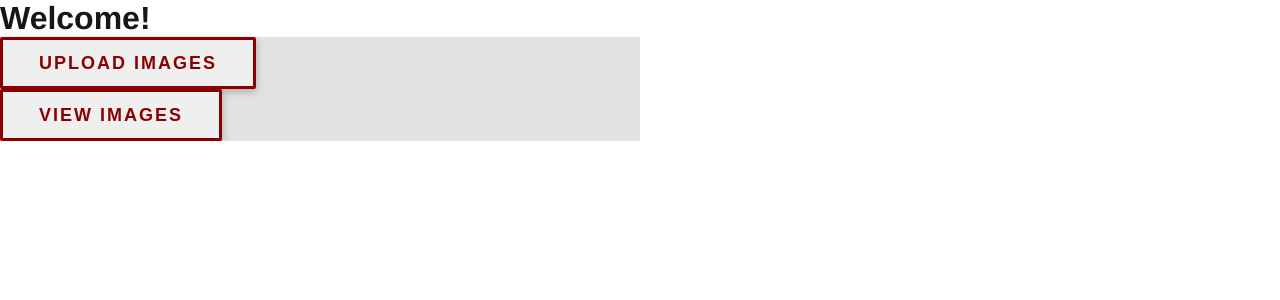
Repository: EricRobertCampbell/palaeo-fossil-classifier
Page: /dashboard (app in palaeo-fossil-classifier/)
These files come from the project's save history. The page is drawn as it stood at one moment and after the next save; the edit follows.
The browser window is 1280 px wide. The pictures show the whole page.
Some web libraries are served in a nearby version. The project was rebuilt for these pictures with package versions that can differ from the ones it lists, and the page was loaded fresh each time. The framework's server and built-in components were replaced by stand-ins that run in the browser. Also part of the build but not shown: palaeo-fossil-classifier/next.config.ts, palaeo-fossil-classifier/app/admin.tsx, palaeo-fossil-classifier/app/classify.tsx.

Above is the page before, as saved 2024-11-30 15:02:48.

### palaeo-fossil-classifier/app/dashboard/page.tsx
"use client";
import React from "react";
import styles from "./page.module.css";
import { useState } from "react";
import Admin from "../admin";
import Classify from "../classify";

export default function dashboard() {
  const [component1, setComponent1] = useState(false);
  const [component2, setComponent2] = useState(false);

  const handleAdmin = () => {
    setComponent1(true);
    setComponent2(false);
  };
  const handleClasify = () => {
    setComponent2(true);
    setComponent1(false);
  };

  return (
    <div className={styles.grid}>
      <h1 className="center">Welcome!</h1>
      <div className={styles.area}>
        <nav className={styles.left}>
          <ul>
            <li className="">
              <button
                className={styles.button}
                onClick={() => {
                  handleAdmin();
                }}
              >
                <span className="nav-text">Upload Images</span>
              </button>
            </li>
            <li className="">
              <button
                className={styles.button}
                onClick={() => {
                  handleClasify();
                }}
              >
                <span className="nav-text">View Images</span>
              </button>
            </li>
          </ul>
        </nav>
      </div>
      <div className={styles.comp}>
        <div className={styles.component}>{component1 ? <Admin /> : <></>}</div>
        <div className={styles.component}>
          {component2 ? <Classify /> : <></>}
        </div>
      </div>
    </div>
  );
}

### palaeo-fossil-classifier/app/globals.css
:root {
  --background: #ffffff;
  --foreground: #171717;
}

@media (prefers-color-scheme: dark) {
  :root {
    --background: #0a0a0a;
    --foreground: #ededed;
  }
}

html,
body {
  max-width: 100vw;
  overflow-x: hidden;
}

body {
  color: var(--foreground);
  background: var(--background);
  font-family: Helvetica;
  -webkit-font-smoothing: antialiased;
  -moz-osx-font-smoothing: grayscale;
}

* {
  box-sizing: border-box;
  padding: 0;
  margin: 0;
}

a {
  color: inherit;
  text-decoration: none;
}

@media (prefers-color-scheme: dark) {
  html {
    color-scheme: dark;
  }
}

### palaeo-fossil-classifier/app/dashboard/page.module.css
@import url(//netdna.bootstrapcdn.com/font-awesome/4.0.3/css/font-awesome.css);

@import url(https://fonts.googleapis.com/css?family=Titillium+Web:300);



.center{
    text-align: center;
    color:#8b0000;
}

.area {
background: #e2e2e2;
width: 50%;
float: left;
}

.comp {
    width: 50%;
    float: left;
}

.button {
    font-size: 18px;
    letter-spacing: 2px;
    text-transform: uppercase;
    display: inline-block;
    text-align: center;
    font-weight: bold;
    padding: 0.7em 2em;
    border: 3px solid #8b0000;
    border-radius: 2px;
    position: relative;
    box-shadow: 0 2px 10px rgba(0, 0, 0, 0.16), 0 3px 6px rgba(0, 0, 0, 0.1);
    color: #8b0000;
    text-decoration: none;
    transition: 0.3s ease all;
    z-index: 1;
  }

  .button:before {
    transition: 0.5s all ease;
    position: absolute;
    top: 0;
    left: 50%;
    right: 50%;
    bottom: 0;
    opacity: 0;
    content: '';
    background-color: #8b0000;
    z-index: -1;
  }

  .button:hover, .button:focus {
    color: white;
  }

  .button:hover:before, .button:focus:before {
    transition: 0.5s all ease;
    left: 0;
    right: 0;
    opacity: 1;
  }

  .left{}

  .right{
float:left;
  }

  .button:active {
    transform: scale(0.9);
  }

Loaded but not shown: palaeo-fossil-classifier/app/layout.tsx (common file)

After the next save:
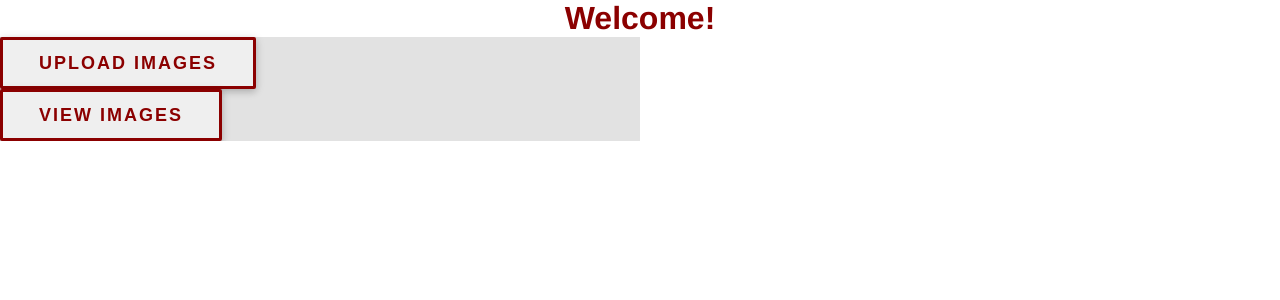
Saved 22 s later.
--- a/palaeo-fossil-classifier/app/dashboard/page.tsx
+++ b/palaeo-fossil-classifier/app/dashboard/page.tsx
@@ -20,7 +20,7 @@ export default function dashboard() {
 
   return (
     <div className={styles.grid}>
-      <h1 className="center">Welcome!</h1>
+      <h1 className={styles.center}>Welcome!</h1>
       <div className={styles.area}>
         <nav className={styles.left}>
           <ul>
